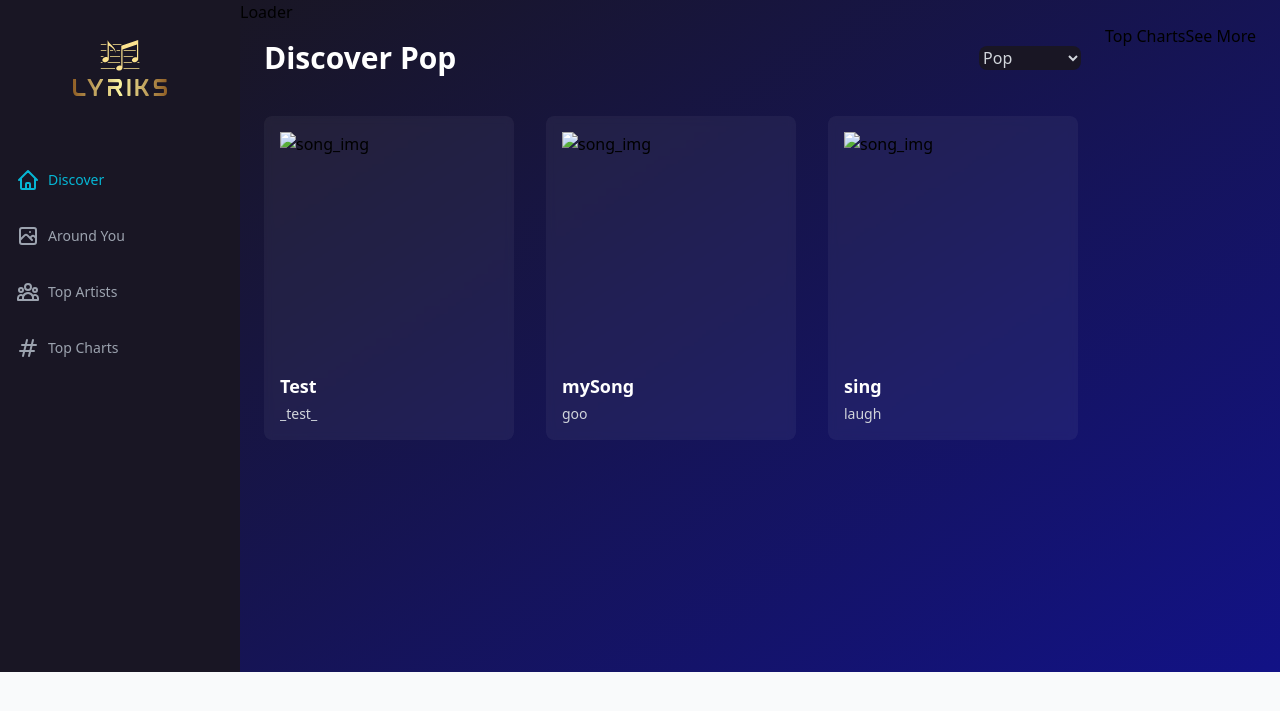
Repository: Chris24T/Dotify
Page: /
The author's editor kept a copy of each file at every save. The page is drawn from the files as they stood at one save, then again after the next save.
The browser window is 1280 px wide. The pictures show the whole page.
An inner scrolling area shows only its first screen. The project was rebuilt for these pictures with package versions that can differ from the ones it lists, and the page was loaded fresh each time. Also part of the build but not shown: vite.config.js, src/components/ArtistCard.jsx, src/components/DetailsHeader.jsx, src/components/SongBar.jsx, src/components/RelatedSongs.jsx, src/components/MusicPlayer/Controls.jsx, src/components/MusicPlayer/Player.jsx, src/components/MusicPlayer/Seekbar.jsx and 11 more.

Above is the page before, as saved 2022-12-04 20:31:13.

After the next save:
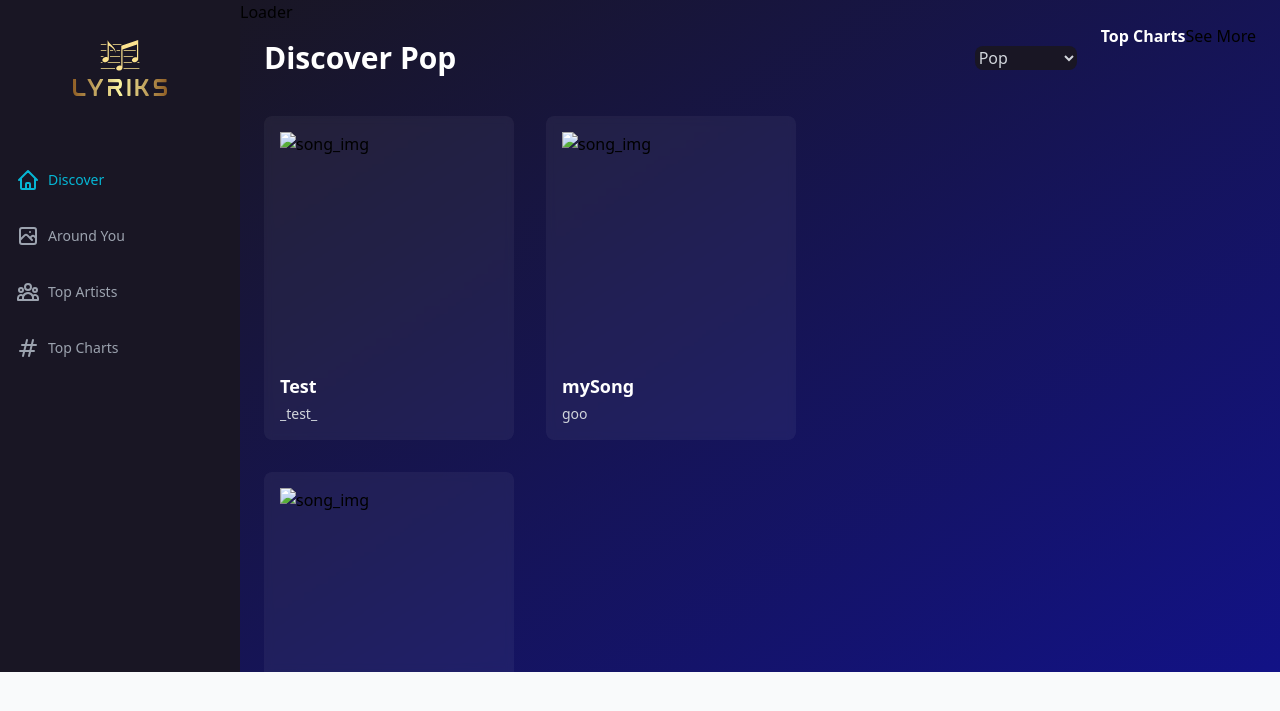
Saved 22 s later.
--- a/src/components/TopPlay.jsx
+++ b/src/components/TopPlay.jsx
@@ -38,7 +38,7 @@ const TopPlay = () => {
     >
       <div className="w-full flex flex-col">
         <div className="flex flex-row justify-between items-center">
-          <h2>Top Charts</h2>
+          <h2 className="text-white font-bold">Top Charts</h2>
           <Link to="/top-charts">
             <p>See More</p>
           </Link>
